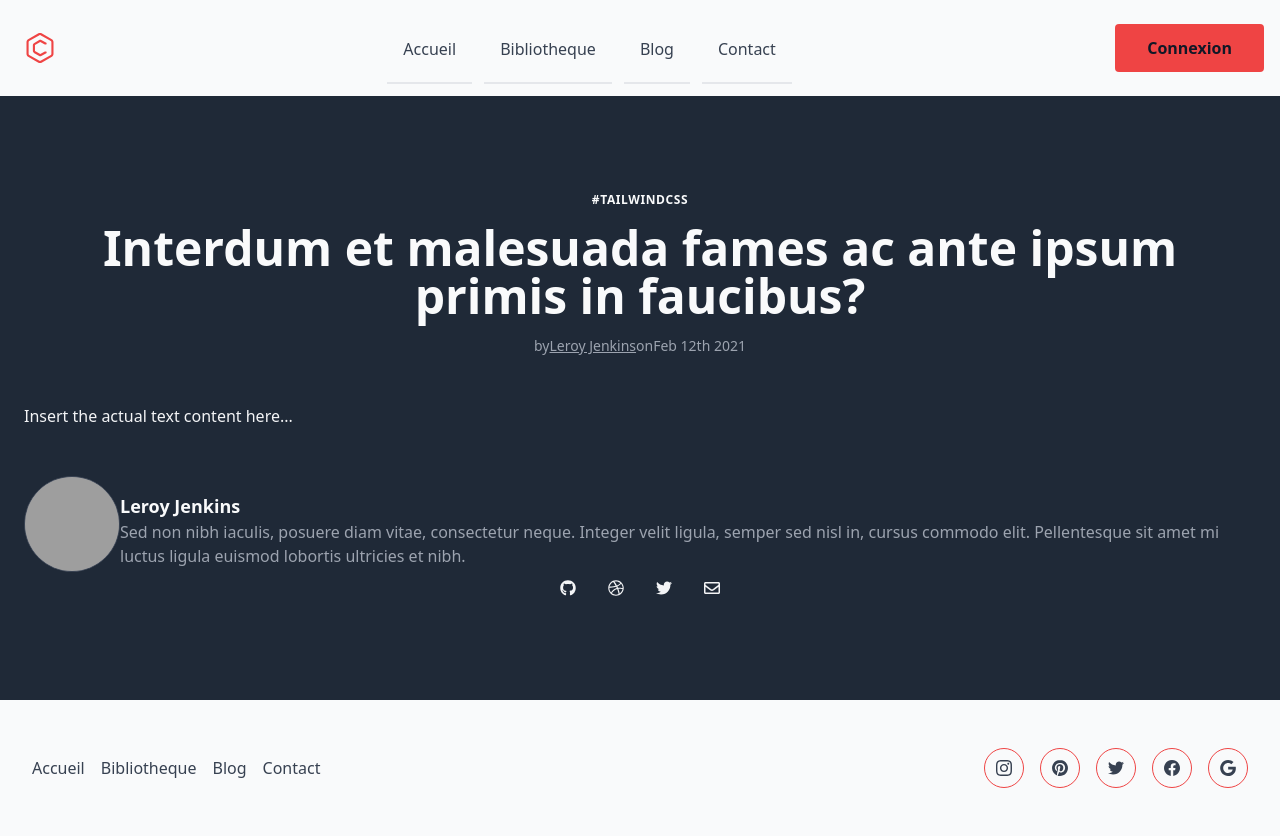
Repository: erulabs243/museum
Page: /stories/un-simple-slug
These files come from the project's save history. The page is drawn as it stood at one moment and after the next save; the edit follows.
The browser window is 1280 px wide. The pictures show the whole page.
Pictures or frames that could not be fetched are drawn as grey boxes. The project was rebuilt for these pictures with package versions that can differ from the ones it lists, and the page was loaded fresh each time. Also part of the build but not shown: vite.config.js, src/pages/admin/Home.jsx, src/pages/commons/NotFound.jsx, src/components/atoms/TagBadge.jsx, src/components/atoms/MyAudioPlayer.jsx, src/components/atoms/MyVideoPlayer.jsx, src/components/atoms/MediaCard.jsx, src/components/sections/Testimonial.jsx and 15 more.

Above is the page before, as saved 2022-08-10 12:37:34.

After the next save:
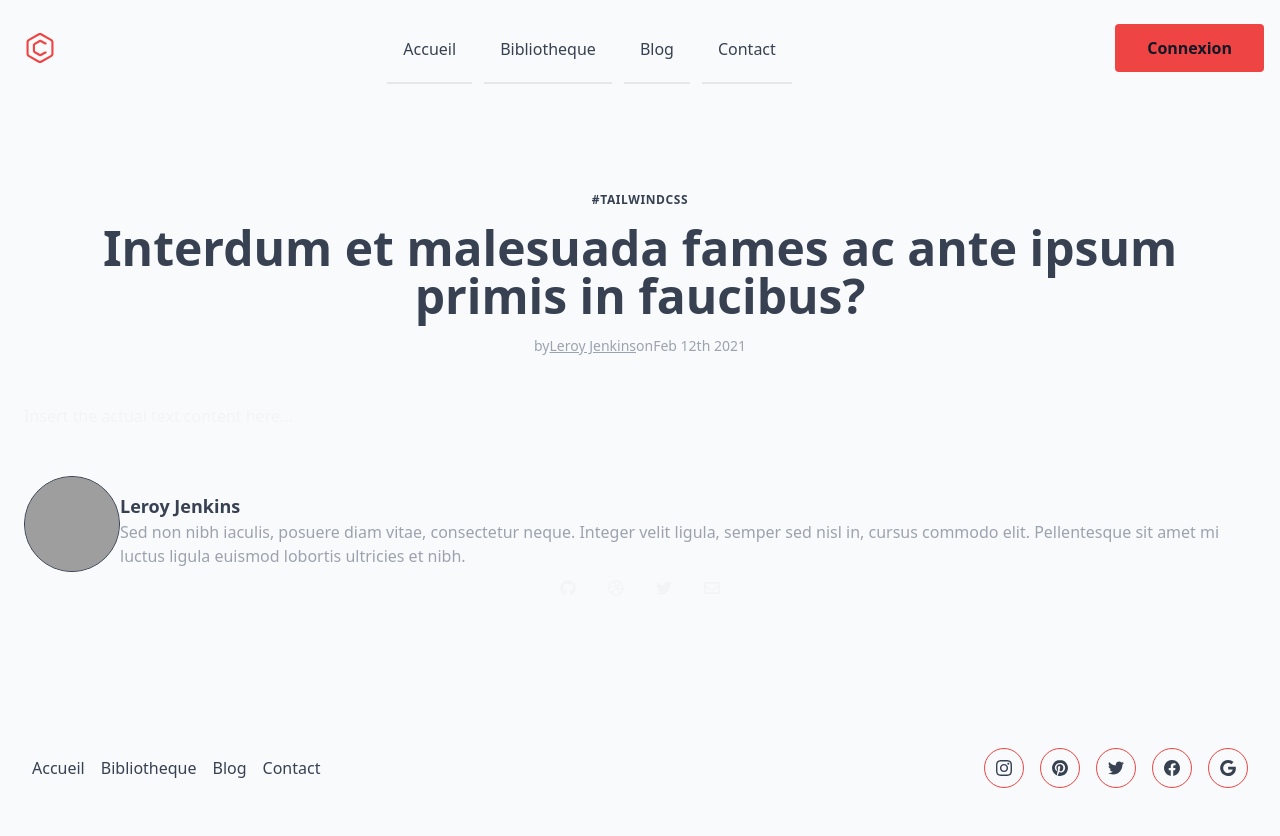
Saved 50 s later.
--- a/src/pages/user/Story.jsx
+++ b/src/pages/user/Story.jsx
@@ -8,7 +8,7 @@ const Story = () => {
             <Navbar />
 
             <section>
-                <article className="max-w-2xl px-6 py-24 mx-auto space-y-12 bg-gray-800 text-gray-50">
+                <article className="max-w-2xl px-6 py-24 mx-auto space-y-12 bg-gray-50 text-gray-700">
                     <div className="w-full mx-auto space-y-4 text-center">
                         <p className="text-xs font-semibold tracking-wider uppercase">
                             #TailwindCSS
